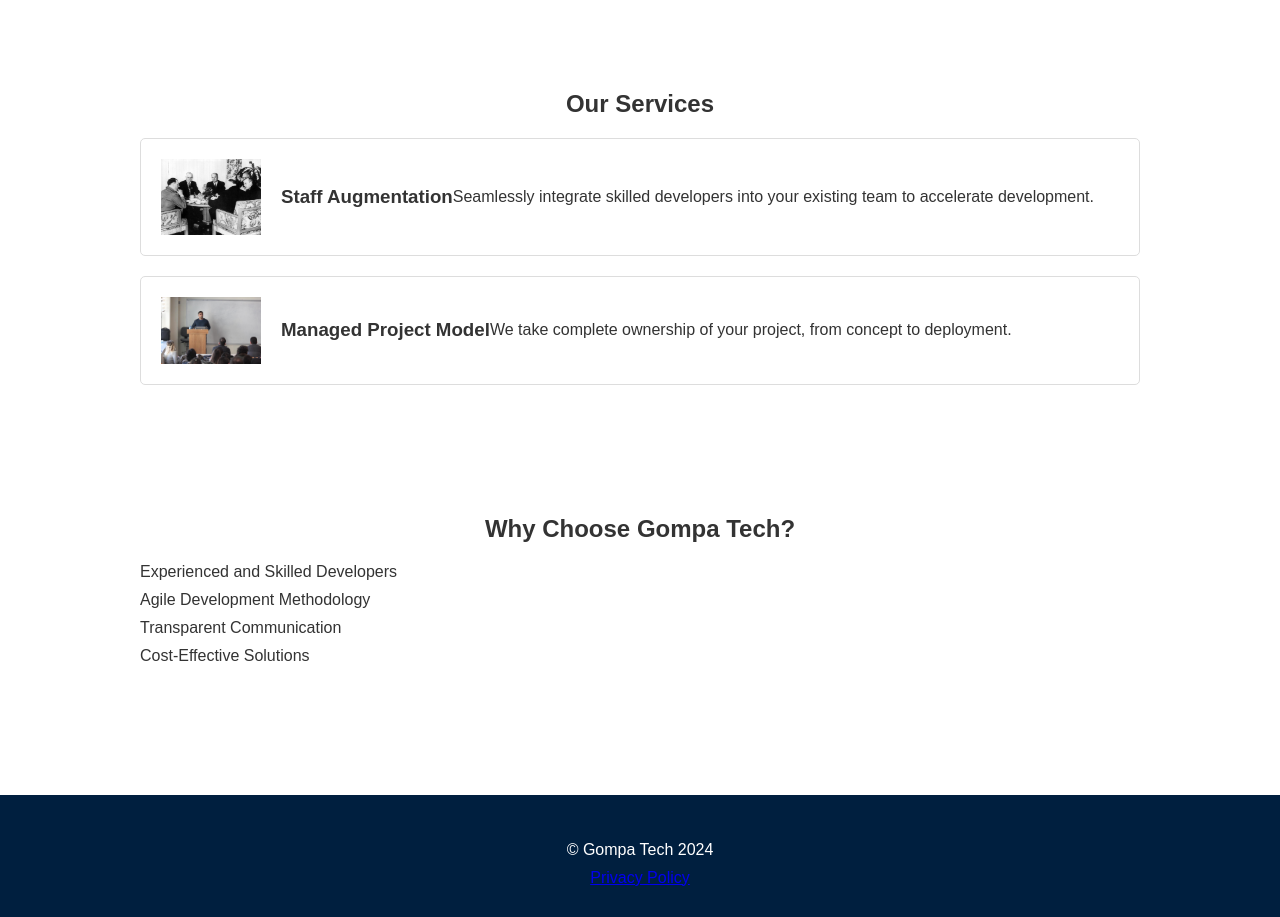
Repository: gompatech/website
Page: d3/index.html
An editor plug-in stored every save of this project. The page is shown before and after the next save, followed by the edit.
The browser window is 1280 px wide. The pictures show the part of the page from y = 257 to 1174 px (the page is 1174 px tall before and 907 px after).

Above is the page before, as saved 2024-07-24 11:17:26.

### d3/index.html
<!DOCTYPE html>
<html lang="en">
<head>
  <meta charset="UTF-8">
  <meta name="viewport" content="width=device-width, initial-scale=1.0">
  <title>Gompa Tech - Software Development Solutions</title>
  <link rel="stylesheet" href="./style.css">
</head>
<body>
  <header class="navy-bg">
    <div class="container">
      <a href="#" class="logo">Gompa Tech</a>
      <nav>
        <ul>
          <li><a href="#">Home</a></li>
          <li><a href="#">Services</a></li>
          <li><a href="#">About Us</a></li>
          <li><a href="#">Contact</a></li>
        </ul>
      </nav>
    </div>
  </header>

  <main>
    <section class="hero">
      <div class="container">
        <h1>Empowering Your Business with Innovative Software Solutions</h1>
        <p>We specialize in bespoke software development Product Lifecycle Managment software services.</p>
        <a href="#" class="button">Get a Free Quote</a>
        <img src="images/hero-bg.jpg" alt="Code Background Image" class="hero-img">
      </div>
    </section>

    <section class="services navy-bg">
      <div class="container">
        <h2>Our Services</h2>
        <div class="service-card">
          <img src="images/staff-augmentation.png" alt="Staff Augmentation Icon">
          <h3>Staff Augmentation</h3>
          <p>Seamlessly integrate skilled developers into your existing team to accelerate development.</p>
        </div>
        <div class="service-card">
          <img src="images/managed-project.png" alt="Managed Project Icon">
          <h3>Managed Project Model</h3>
          <p>We take complete ownership of your project, from concept to deployment.</p>
        </div>
      </div>
    </section>

    <section class="benefits">
      <div class="container">
        <h2>Why Choose Gompa Tech?</h2>
        <ul>
          <li>Experienced and Skilled Developers</li>
          <li>Agile Development Methodology</li>
          <li>Transparent Communication</li>
          <li>Cost-Effective Solutions</li>
        </ul>
      </div>
    </section>
  </main>

  <footer class="navy-bg">
    <div class="container">
      <p>&copy; Gompa Tech 2024</p>
      <a href="#">Privacy Policy</a>
    </div>
  </footer>
</body>
</html>

### d3/style.css
/* Basic styles */
body {
  font-family: sans-serif;
  margin: 0;
  padding: 0;
}

.container {
  max-width: 1000px;
  margin: 0 auto;
  padding: 20px;
}

/* Header */
header {
  background-color: #001F3F;  /* Navy blue */
  color: #fff;
  padding: 10px 0;
}

.logo {
  font-size: 2em;
  font-weight: bold;
  text-decoration: none;
  color: #fff;
}

nav {
  float: right;
}

nav ul {
  list-style: none;
  margin: 0;
  padding: 0;
}

nav li {
  display: inline-block;
  margin-left: 20px;
}

nav a {
  color: #fff;
  text-decoration: none;
  padding: 5px 10px;
}

nav a:hover {
  background-color: #2F4F4F; /* Darker navy blue on hover */
  transition: background-color 0.3s ease;
}

/* Main content */
main {
  padding-bottom: 50px;
  color: #333;
}

section {
  margin-bottom: 50px;
}

h1, h2 {
  text-align: center;
  margin-bottom: 20px;
}

.hero {
  position: relative;
}

.hero-img {
  position: absolute;
  top: 0;
  left: 0;
  width: 100%;
  height: 100%;
  opacity: 0.3; /* Set the transparency level for the background image */
}

.service-card {
  display: flex;
  align-items: center;
  margin-bottom: 20px;
  padding: 20px;
  border: 1px solid #ddd;
  border-radius: 5px;
}

.service-card img {
  width: 100px;
  margin-right: 20px;
}

.benefits ul {
  list-style: none;
  margin: 0;
  padding: 0;
}

.benefits li {
  margin-bottom: 10px;
}

/* Footer */
footer {
  background-color: #001F3F;
  color: #fff;
  padding: 10px 0;
  text-align: center;
}

footer p {
  margin-bottom: 10px;
}

After the next save:
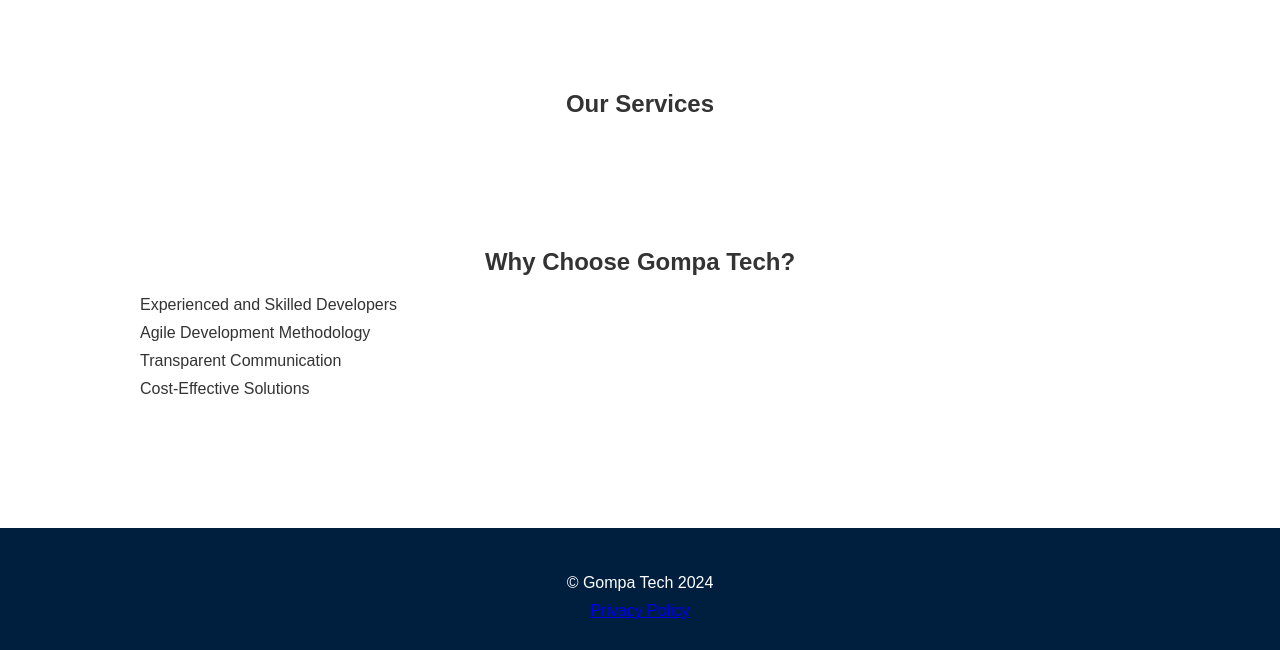
Saved 6 min 35 s later.
--- a/d3/index.html
+++ b/d3/index.html
@@ -34,16 +34,6 @@
     <section class="services navy-bg">
       <div class="container">
         <h2>Our Services</h2>
-        <div class="service-card">
-          <img src="images/staff-augmentation.png" alt="Staff Augmentation Icon">
-          <h3>Staff Augmentation</h3>
-          <p>Seamlessly integrate skilled developers into your existing team to accelerate development.</p>
-        </div>
-        <div class="service-card">
-          <img src="images/managed-project.png" alt="Managed Project Icon">
-          <h3>Managed Project Model</h3>
-          <p>We take complete ownership of your project, from concept to deployment.</p>
-        </div>
       </div>
     </section>
 
